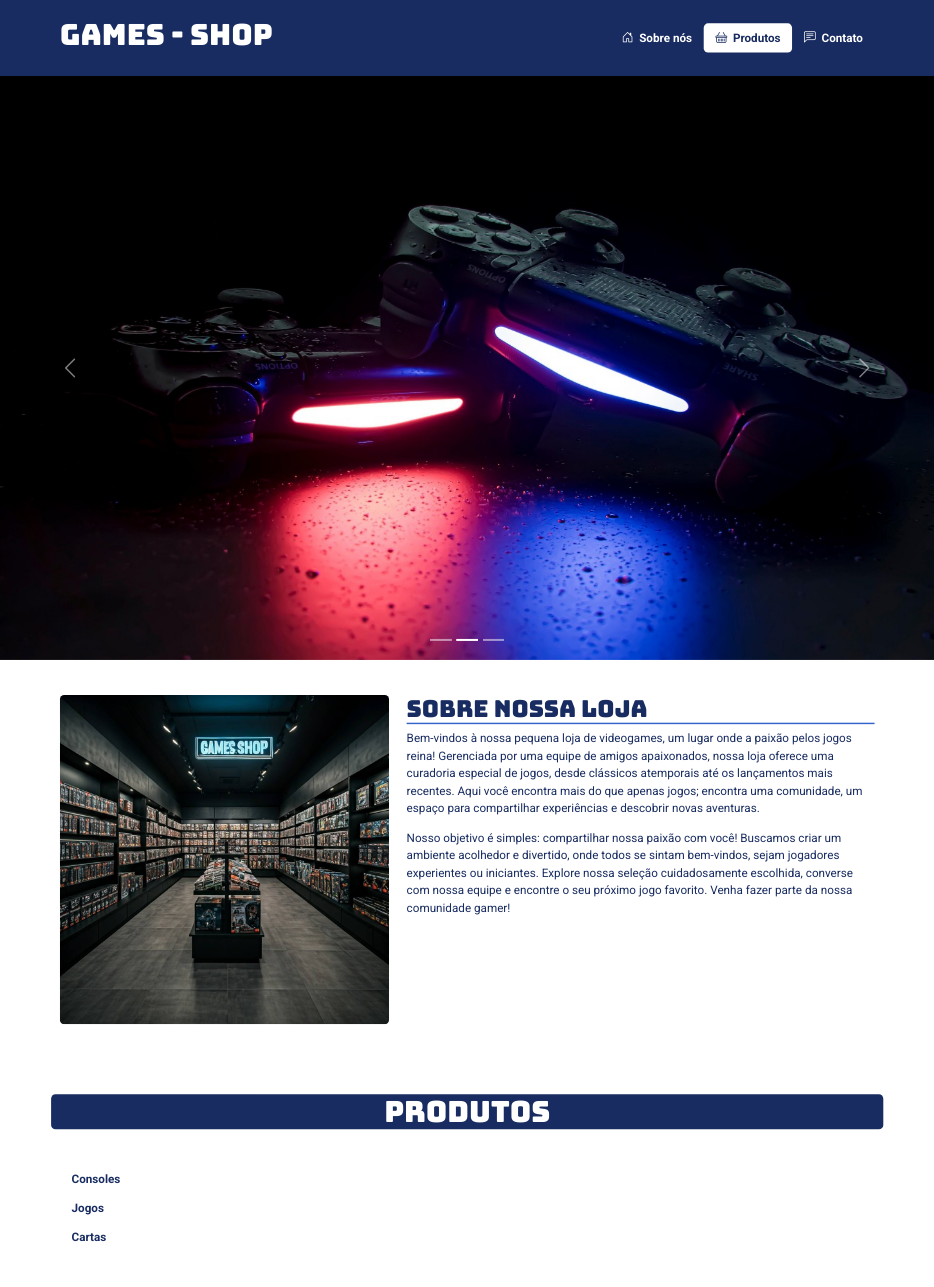
Repository: MatiasBrighent/GamesShop-Bootstrap
Page: index.html
These files come from the project's save history. The page is drawn as it stood at one moment and after the next save; the edit follows.
The browser window is 1280 px wide. The pictures show the whole page, at 73% of full size.

Above is the page before, as saved 2025-06-20 15:10:33.

After the next save:
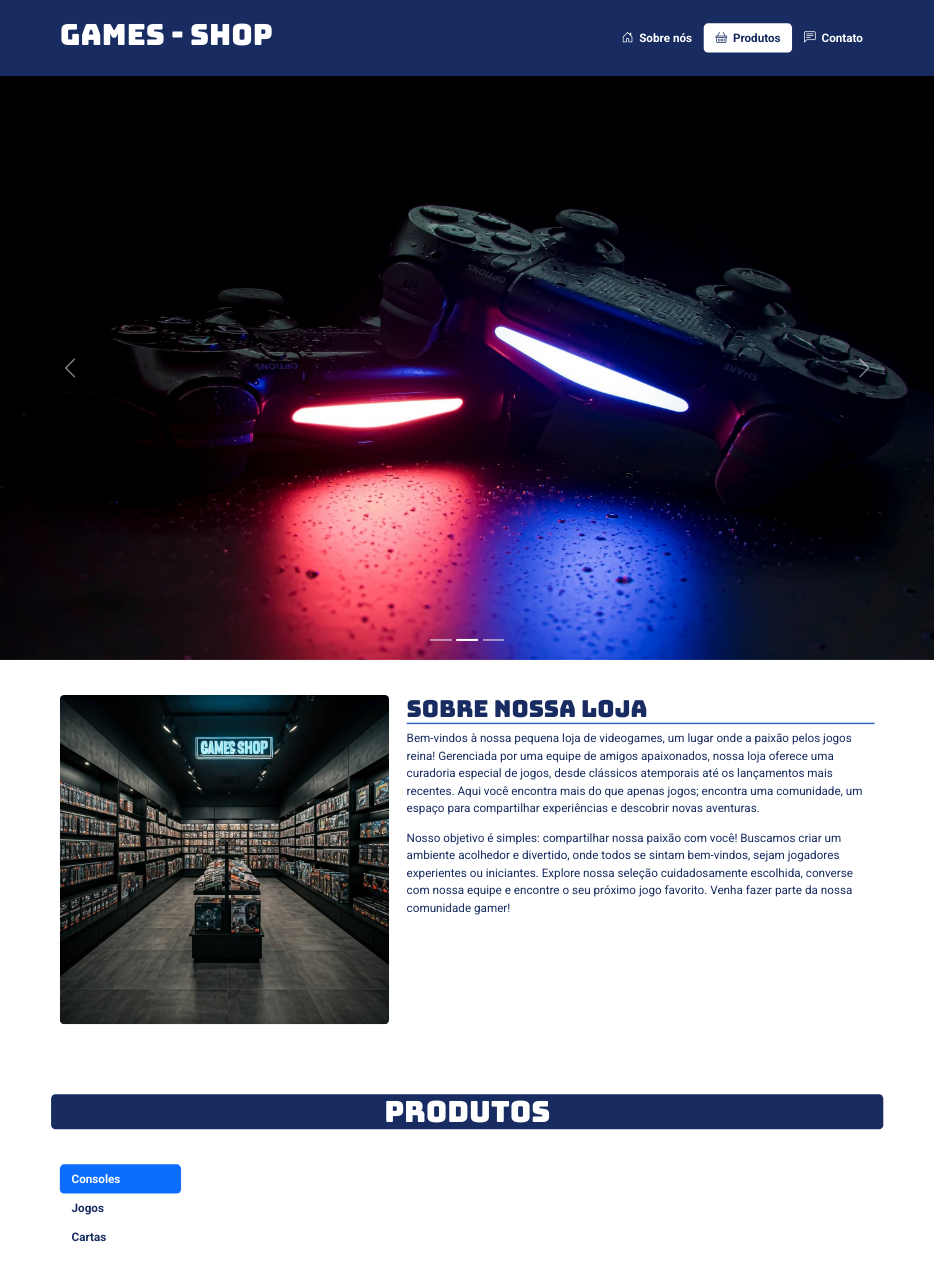
Saved 25 s later.
--- a/index.html
+++ b/index.html
@@ -94,7 +94,7 @@
                 <div class="row">
                     <aside class="col-md-2">
                         <nav class="nav nav-pills flex-column nav-cadarpio">
-                            <button type="button" data-bs-toggle="tab" data-bs-target="#" class="fw-bold text-start nav-link text-colored">Consoles</button>
+                            <button type="button" data-bs-toggle="tab" data-bs-target="#" class="fw-bold text-start nav-link text-colored active">Consoles</button>
                             <button type="button" data-bs-toggle="tab" data-bs-target="#" class="fw-bold text-start nav-link text-colored">Jogos</button>
                             <button type="button" data-bs-toggle="tab" data-bs-target="#" class="fw-bold text-start nav-link text-colored">Cartas</button>
                         </nav>
